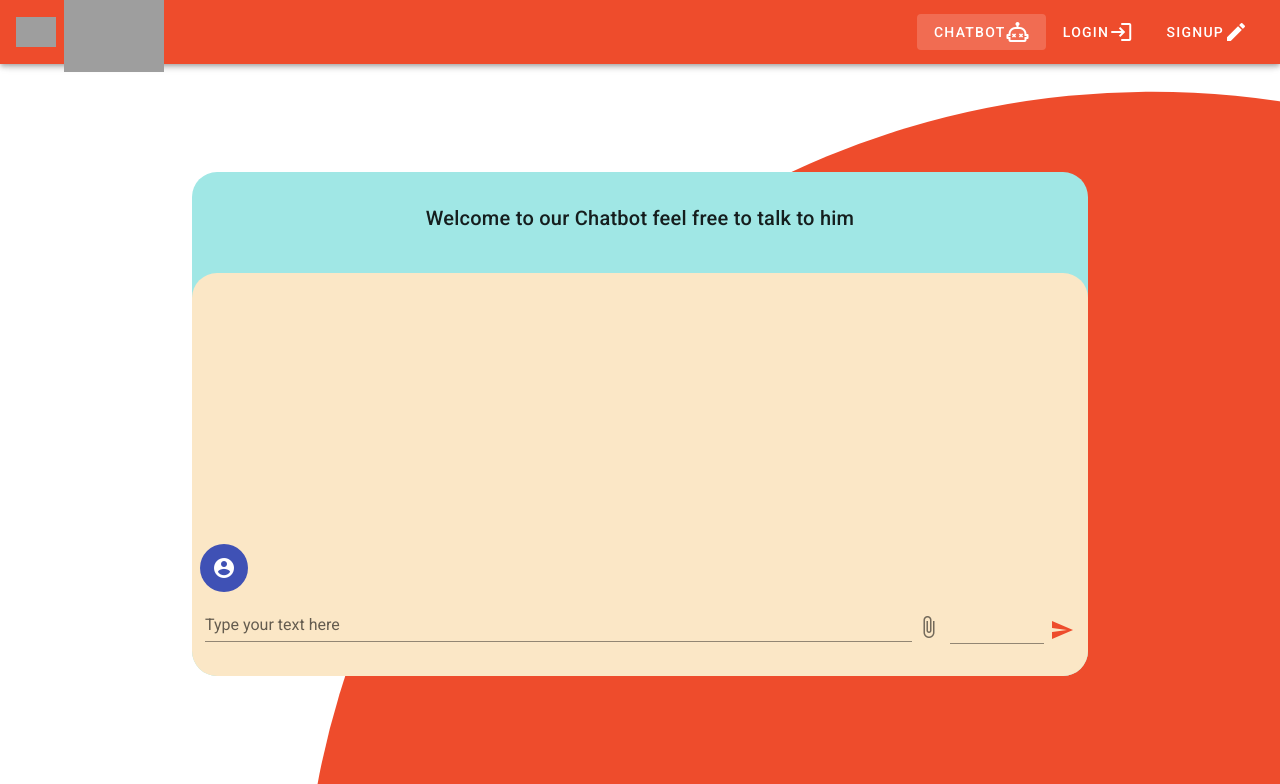
Repository: atout811/pyTorch-Hackathon
Page: /chatbot (app in frontend/)
An editor plug-in stored every save of this project. The page is shown before and after the next save, followed by the edit.
The browser window is 1280 px wide. The pictures show the whole page.
Pictures or frames that could not be fetched are drawn as grey boxes. The project was rebuilt for these pictures with package versions that can differ from the ones it lists, and the page was loaded fresh each time. Also part of the build but not shown: frontend/vue.config.js, frontend/src/views/Home.vue.

Above is the page before, as saved 2021-10-21 15:17:27.

### frontend/src/main.js
import Vue from 'vue'
import App from './App.vue'
import './registerServiceWorker'
import router from './router'
import store from './store'
import vuetify from './plugins/vuetify'
import instance from './plugins/axios'

Vue.config.productionTip = false
Vue.prototype.$axios = instance;

new Vue({
  router,
  store,
  vuetify,
  render: function (h) { return h(App) }
}).$mount('#app')

### frontend/src/App.vue
<template>
  <v-app>
    <v-app-bar app color="primary" dark>
      <div class="d-flex align-center">
        <v-img
          alt="Vuetify Logo"
          class="shrink mr-2"
          contain
          src="https://cdn.vuetifyjs.com/images/logos/vuetify-logo-dark.png"
          transition="scale-transition"
          width="40"
        />

        <v-img
          alt="Vuetify Name"
          class="shrink mt-1 hidden-sm-and-down"
          contain
          min-width="100"
          src="https://cdn.vuetifyjs.com/images/logos/vuetify-name-dark.png"
          width="100"
        />
      </div>

      <v-spacer></v-spacer>
      <v-btn to="/chatbot" text>
        <v-text>Chatbot</v-text>
        <v-icon>mdi-robot-dead-outline</v-icon>
      </v-btn>
      <v-btn to="/login" text>
        <v-text>Login</v-text>
        <v-icon>mdi-login</v-icon>
      </v-btn>
      <v-btn to="/signup" text>
        <v-text>Signup</v-text>
        <v-icon>mdi-pencil</v-icon>
      </v-btn>
    </v-app-bar>

    <v-main class="bubble">
      <router-view />
    </v-main>
  </v-app>
</template>

<script>
export default {
  name: "App",

  data: () => ({
    //
  }),
};
</script>
<style>
.bubble::before {
  background-color: var(--v-primary-base);
  clip-path: circle(80% at 90% 120%);
  width: 100%;
  height: 100%;
  content: "";
  position: absolute;
  box-sizing: none;
  top: 0;
  left: 0;
}
</style>

### frontend/src/router/index.js
import Vue from "vue";
import VueRouter from "vue-router";
import Home from "../views/Home.vue";

Vue.use(VueRouter);

const routes = [
  {
    path: "/",
    name: "Home",
    component: Home,
  },
  {
    path: "/about",
    name: "About",
    // route level code-splitting
    // this generates a separate chunk (about.[hash].js) for this route
    // which is lazy-loaded when the route is visited.
    component: function() {
      return import(/* webpackChunkName: "about" */ "../views/About.vue");
    },
  },
  {
    path: "/login",
    name: "Login",
    // route level code-splitting
    // this generates a separate chunk (Login.[hash].js) for this route
    // which is lazy-loaded when the route is visited.
    component: function() {
      return import(/* webpackChunkName: "Login" */ "../views/Login.vue");
    },
  },
  {
    path: "/signup",
    name: "Signup",
    // route level code-splitting
    // this generates a separate chunk (Signup.[hash].js) for this route
    // which is lazy-loaded when the route is visited.
    component: function() {
      return import(/* webpackChunkName: "Signup" */ "../views/Signup.vue");
    },
  },
  {
    path: "/chatbot",
    name: "chatbot",
    // route level code-splitting
    // this generates a separate chunk (Signup.[hash].js) for this route
    // which is lazy-loaded when the route is visited.
    component: function() {
      return import(/* webpackChunkName: "Signup" */ "../views/Chatbot.vue");
    },
  },
];

const router = new VueRouter({
  mode: "history",
  base: process.env.BASE_URL,
  routes,
});

export default router;

### frontend/src/plugins/vuetify.js
import Vue from 'vue';
import Vuetify from 'vuetify/lib/framework';

Vue.use(Vuetify);

export default new Vuetify({
    theme: {
        themes: {
            light: {
                primary: "#ee4c2c"
            }
        }, options: {
            customProperties: true
        },
    }
});

### frontend/src/plugins/axios.js
import axios from "axios";

const instance = axios.create({
    headers: {
        "Content-Type": "application/json"
    }
})

export default instance;

### frontend/src/views/Chatbot.vue
<template>
  <div class="baba">
    <div class="container">
      <h1 class="title">Welcome to our Chatbot feel free to talk to him</h1>
      <div class="chat-container">
        <div class="messages">
          <div class="message">
            <v-avatar color="indigo">
              <v-icon dark> mdi-account-circle </v-icon>
            </v-avatar>
          </div>
        </div>
        <div class="input-group">
          <v-text-field
            class="text-input"
            label="Type your text here"
          ></v-text-field>
          <v-file-input accept="image/*"></v-file-input>
          <v-btn icon color="var(--v-primary-base)">
            <v-icon>mdi-send</v-icon>
          </v-btn>
        </div>
      </div>
    </div>
  </div>
</template>

<script>
export default {
  name: "chatbot",
  data() {
    return {
      chat: [],
    };
  },
};
</script>

<style>
.baba {
  height: 100vh;
  width: 100vw;
  display: flex;
}
.container {
  height: 70vh;
  width: 70vw;
  padding: 0;
  align-self: center;
  background-color: #a0e7e5;
  border-radius: 25px;
  display: flex;
  flex-direction: column;
  justify-content: space-between;
  align-items: center;
}
.title {
  margin: 10px;
  margin-top: 30px;
}
.chat-container {
  height: 80%;
  width: 100%;
  background-color: #fbe7c6;
  border-radius: 25px;
  display: flex;
  flex-direction: column;
  justify-content: flex-end;
  padding: 8px;
}
.text-input {
  width: 70%;
  margin: 5px;
}
.input-group {
  display: flex;
  align-items: center;
}
</style>

Loaded but not shown: frontend/public/index.html (common file); frontend/src/registerServiceWorker.js (common file); frontend/src/store/index.js (common file)

After the next save:
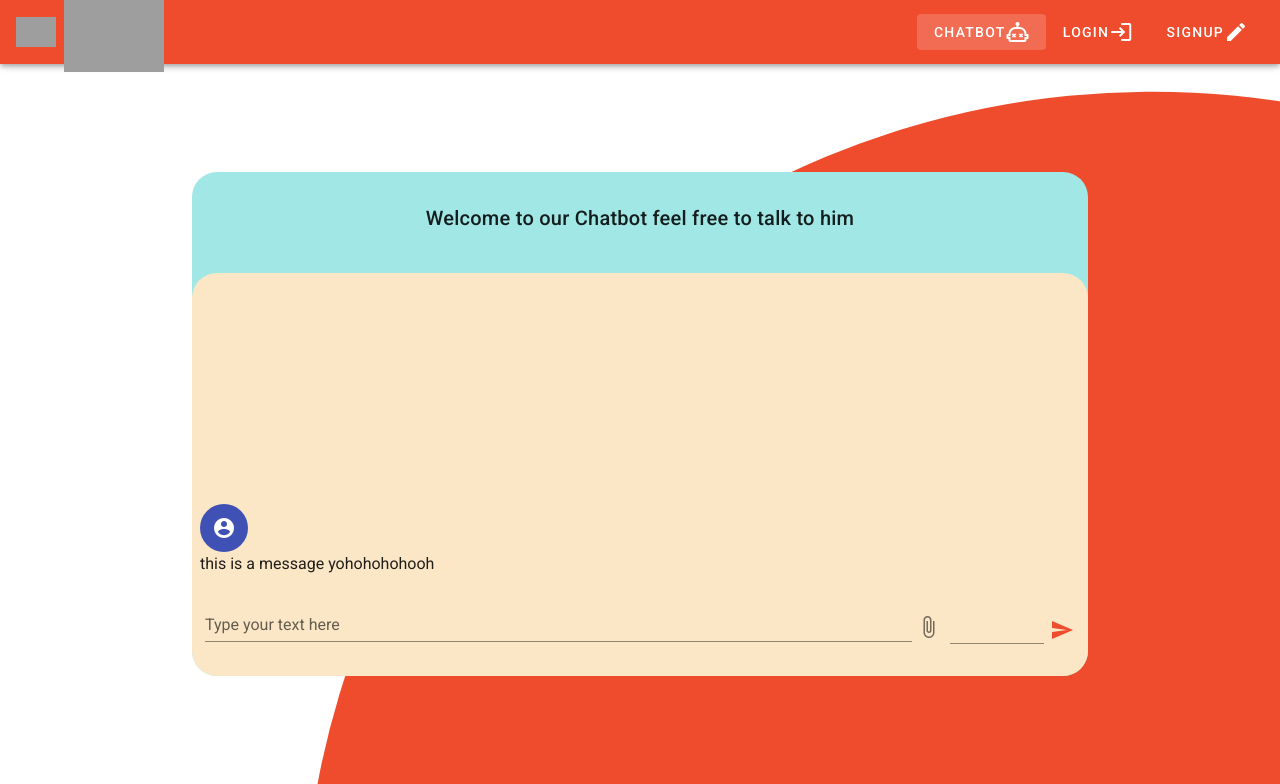
Saved 24 s later.
--- a/frontend/src/views/Chatbot.vue
+++ b/frontend/src/views/Chatbot.vue
@@ -8,6 +8,7 @@
             <v-avatar color="indigo">
               <v-icon dark> mdi-account-circle </v-icon>
             </v-avatar>
+            <p>this is a message yohohohohooh</p>
           </div>
         </div>
         <div class="input-group">
